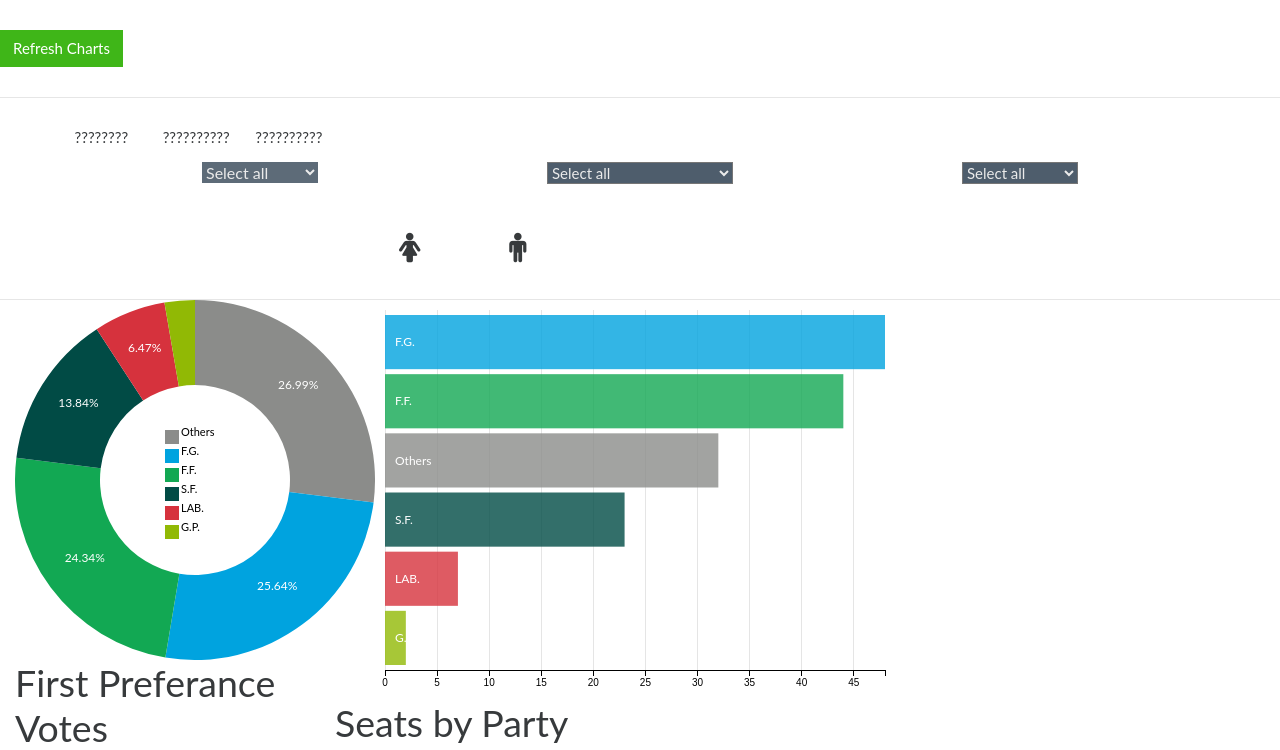
Repository: pauldardis/project-2-test
Page: index.html
The author's editor kept a record of every edit. The page is drawn from the files as they stood at one moment, then again after the next edit.
The browser window is 1280 px wide. The pictures show the whole page.

Above is the page before.
Console error: TypeError: Cannot read properties of null (reading 'textContent')

### index.html
<!DOCTYPE html>
<html lang="en">

<head>
    <meta charset="UTF-8">
    <meta name="viewport" content="width=device-width, initial-scale=1.0">
    <meta http-equiv="X-UA-Compatible" content="ie=edge">
    <title>Dashboard</title>

    <link rel="stylesheet" href="assets/css/bootstrap.min.css" type="text/css" />
    <link rel="stylesheet" href="assets/css/dc.min.css" type="text/css" />
    <link rel="stylesheet" type="text/css" href="https://maxcdn.bootstrapcdn.com/font-awesome/4.7.0/css/font-awesome.min.css">
    <link rel="stylesheet" href="assets/css/style.css" type="text/css" />


    <script type="text/javascript" src="assets/js/d3.min.js"></script>
    <script type="text/javascript" src="assets/js/crossfilter.min.js"></script>
    <script type="text/javascript" src="assets/js/dc.min.js"></script>
    <script type="text/javascript" src="assets/js/queue.min.js"></script>
    <script type="text/javascript" src="assets/js/graps.js"></script>

</head>

<body>

    <section class="section">
        <div id="refresh-button">
            <button type="submit" class="btn btn-success" onClick="refreshPage()">Refresh Charts</button>
        </div>
    </section>




    <section class="section">
        <div class="container">
            <div class="row">
                <div class="row">
                    <div class="col-xs-12 col-sm-4 text-center">
                        <p class="section-paragraph">????????</p>
                    </div>
                    <div class="col-xs-12 col-sm-4 text-center">
                        <p class="section-paragraph">??????????</p>
                    </div>
                    <div class="col-xs-12 col-sm-4 text-center">
                        <p class="section-paragraph">??????????</p>
                    </div>
                </div>
                <div class="container">
                    <div class="row">
                        <div class="col-xs-12 col-sm-4 col-md-4 col-lg-4 text-center custom-chart" id="region-selector"></div>
                        <div class="col-xs-12 col-sm-4 col-md-4 col-lg-4 text-center custom-chart" id="constituency-selector"></div>
                        <div class="col-xs-12 col-sm-4 col-md-4 col-lg-4 text-center custom-chart" id="elected-selector"></div>
                    </div>
                </div>
            </div>
        </div>
        <div class="row col-12"></div>
        <div class="col-xs-12 col-sm-12 col-lg-12 gender-box">
            <i class="fa fa-female fa-gender" aria-hidden="true"></i> <span class="number-box" id="percent-of-women-professors"></span>
            <i class="fa fa-male fa-gender" aria-hidden="true"></i> <span class="number-box" id="percent-of-men-professors"></span>
        </div>
    </section>

    <section>
        <div class="container-fluid">
            <div class="row">
                <div class="col-xs-12 col-sm-6 col-md-3 col-lg-3">
                    <div>
                        <div>
                            <div class=" " id="party_first_preference_graphs"></div>
                            <h1><strong>First Preferance Votes</strong></h1>
                        </div>
                    </div>
                </div>
                <div class="col-xs-12 col-sm-6 col-md-3 col-lg-3">
                    <div>
                        <div>
                            <div class="" id="candidate-graph"></div>
                            <h1><strong>Seats by Party</strong></h1>
                        </div>
                    </div>
                </div>
                <div class="col-xs-12 col-sm-6 col-md-3 col-lg-3">
                    <div>
                        <div>
                            <div class="" id="xx">
                            </div>
                        </div>
                    </div>
                </div>
                <div class="col-xs-12 col-sm-6 col-md-3 col-lg-3">
                    <div>
                        <div>
                            <!--<div class="" id="candidate-graph">-->
                            </div>
                        </div>
                    </div>
                </div>
            </div>
    </section>



<!--<div class="" id="candidate-graph"></div>-->
<!--<div class="" id="candidate-graph-v2"></div>-->







    <!--<div class="col-xs-12 col-sm-6 col-md-3 col-lg-3 " id="party_first_preference_graphs"></div>-->
    <!--<div class="col-xs-12 col-sm-6 col-md-3 col-lg-3 text-center" id="party_total_votes_graphs"></div>-->
    <!--<div class="col-xs-12 col-sm-6 col-md-3 col-lg-3 text-center" id="candidate-first-preferance-graph"></div>-->
    <!--<div class="col-xs-12 col-sm-6 col-md-3 col-lg-3 text-center" id="candidate-total-votes-graph"></div>-->


    <section>
        <div class="container">
            <div class="row">
                <!--<div class="col-xs-12 col-sm-4 text-center" id="candidate-first-preferance-graph"></div>-->
                <!--<div class="col-xs-12 col-sm-4 text-center" id="candidate-total-votes-graph"></div>-->
            </div>
        </div>
    </section>








</body>

</html>

### assets/css/style.css
.gender-box {
	display: block;
	margin-left: auto;
	margin-right: auto;
	width: 40%;
}


.graph-box {
	display: block;
	margin-left: auto;
	margin-right: auto;
}


/*This removes the gridlines on the row chart but causes issue with x axesis */
/*.tick  { */
/*    display: none;*/
/*     }*/








/*.row {*/
/*	margin: 0px;*/
/*	padding: 0px;*/
/*}*/

/*.container {*/
/*	margin: 0px;*/
/*	padding: 0px;*/
/*}*/








.navbar-default {
	background-image: none;
	margin-bottom: 0;
}

.section-heading,
#discipline-selector {
	display: inline-block;
	float: none;
	margin: 0;
}

.section-heading {
	margin-bottom: 50px;
}

#discipline-selector {
	margin-left: 15px;
}

.number-box {
	margin-right: 75px;
}

.number-box,
.fa.fa-gender {
	font-size: 30px;
	font-weight: 500;
}

.fa-gender {
	margin-right: 10px;
}

.custom-chart {
	margin-bottom: 40px;
}

.section {
	border-bottom: 1px solid #e6e6e6;
	padding: 30px 0;
}

.section-paragraph {
	line-height: 1.2;
}

@import url("https://fonts.googleapis.com/css?family=Lato:300,400&display=swap");

/* BODY & HTML */
body {
    font-family: "Lato", sans-serif;
    font-weight: 400;
}

body,
html {
    width: 100%;
    height: 100%;
    padding: 0;
    margin: 0;
}

/* HEADINGS */
/* Styling of the dashboard title */

h1 {
    margin: 0;
}

/* Styling of heading 2 */

h2 {
    font-size: 1rem;
    font-weight: 300;
    margin-bottom: 0;
    margin-top: 15px;
}

/* SPINNER */
/* Spinner on data loading
spinner animation found on CodePen: https://codepen.io/judecodes/pen/PrBOvG?&page=1 */

.loader {
    z-index: 99;
    width: 200px;
    height: 200px;
    border-radius: 50%;
    border-top: 2px solid #2477b4;
    border-bottom: 2px solid transparent;
    border-left: 2px solid transparent;
    border-right: 2px solid transparent;
    animation: spin 3s linear infinite forwards;

    position: absolute;
    top: 0;
    bottom: 0;
    left: 0;
    right: 0;
    margin: auto;
}

.loader::before,
.loader::after {
    content: "";
    position: absolute;
    border-radius: 50%;
    border-top: 2px solid #2477b4;
    border-bottom: 2px solid transparent;
    border-left: 2px solid transparent;
    border-right: 2px solid transparent;
}

.loader::before {
    top: 7px;
    left: 7px;
    width: 178px;
    height: 178px;
    border-top: 2px solid #e6562e;
    animation: spin 2s linear infinite forwards;
}

.loader::after {
    top: 16px;
    left: 16px;
    width: 160px;
    height: 160px;
    border-top: 2px solid #f2893c;
    animation: spin 1s linear infinite forwards;
}

@keyframes spin {
    to {
        transform: rotate(360deg);
    }
}

/* Overlay styled to dim the background for spinner */

#overlay {
    z-index: 98;
    position: fixed;
    top: 0;
    left: 0;
    height: 100%;
    width: 100%;
    background: rgba(0, 0, 0, .5);
}

/* BACK TO TOP BUTTON */
/* Back to top button inspired by this Codepen solution: https://codepen.io/matthewcain/pen/ZepbeR */

#button {
    display: inline-block;
    background-color: transparent;
    color: #DF691A;
    border: 1px solid #DF691A;
    width: 50px;
    height: 50px;
    text-align: center;
    border-radius: 3px;
    position: fixed;
    bottom: 30px;
    right: 30px;
    transition: background-color .3s,
    opacity .5s, visibility .5s;
    opacity: 0;
    visibility: hidden;
    z-index: 97;
}

#button::after {
    content: "\f077";
    font-family: FontAwesome;
    font-weight: normal;
    font-style: normal;
    font-size: 2em;
    line-height: 50px;
}

#button:active {
    color: #ffffff;
    background-color: #DF691A;
}

#button.show {
    opacity: 1;
    visibility: visible;
}

/* REGIONAL SELECTOR */
/* Region selector menu styling */

#region-selector select {
    background: #5d6b78;
    border: #445360;
    color: #ebebeb;
    font-size: 1rem;
}

/* Select menu styling to match bootstrap theme */

select {
    background: #4e5d6c;
    color: #ebebeb;
}

/* CARDS */
/* Increasing size of font awesome icons */

.fa {
    font-size: 3rem;
}


/* Styles for tiles/cards */

.tile-s1,
.tile-s2,
.tile-s3 {
    max-width: 45rem;
}

.tile-s3 {
    min-height: 20rem;
}

.tile-s3 span {
    font-size: 1.5rem;
}

.tile-s4 {
    max-width: 70rem;
}

/* Card titles and filter label styled to uppercase */

.card-header,
.selector-label {
    text-transform: uppercase;
}

/* Number box font size increased to make it more prominent */

.number-box span {
    font-size: 1.5rem;
}

/* Shadow added to the chart tiles */

.shadow-box {
    box-shadow: 4px 4px 7px 0px rgba(61, 78, 94, 1);
}

/* Charts styling to fix the issue of responsiveness */

#composite-hour,
#composite-month {
    height: 300px;
    width: 750px;
}

/* Increasing the size of a viewbox so charts are bigger */

#accidents-severity,
#rd-type-split {
    height: 400px;
    width: 460px;
}

#severity-distribution {
    height: 400px;
    width: 380px;
}

/* DATA COUNT & RESET
/* Changing default margins to create some space between count feature and other sections */

.dc-data-count {
    margin: 10px 0;
}

/* Reset button  - border-radius added to match back0to0top button and shadow box removed*/

#reset-button {
    border-radius: 3px;
}

#reset-button:focus {
    box-shadow: none;
}

/* FOOTER */
/* adding margin so footer ellements have some space inbetween on smaller devices */

.footer-item {
    margin-bottom: 10px;
}

/* Underlining removed from all links */

a:hover {
    text-decoration: none;
}

/* MEDIA QUERIES */

@media only screen and (min-width: 1200px) {

    .tile-s2 {
        min-height: 30rem;
    }

}

@media only screen and (max-width: 1200px) {

    h1 {
        font-size: 1.9rem;
    }

    #stacked-chart {
        max-width: 70rem;
    }

}

@media only screen and (max-width: 992px) {

    .card-header {
        font-size: 0.7rem;
    }

    .number-box span {
        font-size: 1.2rem;
    }

}

/* media query created to make number display element look better, to add more space between the chart and the number */

@media only screen and (max-width: 767px) {

    .number-box span {
        font-size: 1.5rem;
    }

    .card-header,
    .selector-label {
        font-size: 0.8rem;
    }

    #accidents-severity,
    #rd-type-split {
        height: 360px;
        width: 440px;
    }

    #severity-distribution {
        height: 370px;
        width: 360px;
    }

}

/* Adjustments to font sizes to avoid line break */

@media only screen and (max-width: 576px) {

    h1 {
        font-size: 2rem;
    }

    .card-header,
    .selector-label {
        font-size: 1rem;
    }

    .navbar-brand {
        font-size: 1rem;
    }

    /* height adjusted to reduce space at top and the bottom of the chart (within the card) */
    #composite-hour,
    #composite-month {
        height: 120px;
    }

    #accidents-severity,
    #rd-type-split {
        height: 260px;
    }

}

@media only screen and (max-width: 375px) {

    #severity-distribution {
        height: 250px;
    }

}

/* Solution to sticky hover on mobile devices found here: https://medium.com/@ferie/detect-a-touch-device-with-only-css-9f8e30fa1134 */

@media (hover: hover) {

    #button:hover {
        cursor: pointer;
        background-color: #DF691A;
        color: #ffffff;
    }

}

### assets/js/graps.js
queue()
    .defer(d3.csv, "assets/data/election-2016.csv")
    .await(makeGraphs);



function makeGraphs(error, salesData) {
    var ndx = crossfilter(salesData);



    // these are the working graphs
    region_selector(ndx);
    constituency_selector(ndx);
    elected_selector(ndx);
    show_count_elected_by_gender(ndx, "F", "#count-of-women-elected");
    show_count_elected_by_gender(ndx, "M", "#count-of-men-elected");
    show_count_candidate_gender(ndx, "F", "#count-of-women-elected_1");
    show_count_candidate_gender(ndx, "M", "#count-of-men-elected_1");
    party_first_preference_graphs(ndx);
    candidate_graphs(ndx);






    // these are the graphs in test

    party_total_votes_graphs(ndx);
    candidate_first_preferance_graphs(ndx);
    candidate_total_votes_graphs(ndx);
    candidate_graphs_v2(ndx);


    dc.renderAll();
}


// This is the working section



function refreshPage() {
    window.location.reload();
}

function region_selector(ndx) {
    var dim = ndx.dimension(dc.pluck('Region'));
    group = dim.group();

    dc.selectMenu("#region-selector")
        .dimension(dim)
        .group(group);
}

function constituency_selector(ndx) {
    var dim = ndx.dimension(dc.pluck('Constituency_Name'));
    group = dim.group();

    dc.selectMenu("#constituency-selector")
        .dimension(dim)
        .group(group);
}

function elected_selector(ndx) {
    var dim = ndx.dimension(dc.pluck('Result'));
    group = dim.group();

    dc.selectMenu("#elected-selector")
        .dimension(dim)
        .group(group);
}















function party_first_preference_graphs(ndx) {

    var dim = ndx.dimension(dc.pluck('Party_Abbreviation'));
    var group = dim.group().reduceSum(dc.pluck('Count_1'));

    dc.pieChart('#party_first_preference_graphs')
        .height(360)
        .width(360)
        .innerRadius(95)
        .transitionDuration(1500)
        .colors(d3.scale.ordinal().range(["#8B8C8A", "#00A3DF", "#12A853", "#014B45", "#D6323D", "#91B905"]))
        .dimension(dim)
        .renderLabel(true)
        .legend(dc.legend().x(150).y(130).itemHeight(14).gap(5))
        .title(function(d) {
            return d.key + ": " + ((d.value / d3.sum(group.all(),
                function(d) { return d.value; })) * 100).toFixed(2) + "%";
        })
        .on("pretransition", function(chart) {
            chart.selectAll("text.pie-slice").text(function(d) {
                if (dc.utils.printSingleValue(
                        (d.endAngle - d.startAngle) /
                        (2 * Math.PI) * 100) >= 6) {
                    return dc.utils.printSingleValue(
                        (d.endAngle - d.startAngle) /
                        (2 * Math.PI) * 100) + "%";
                }
            })
        })
        .group(group);
}


function candidate_graphs(ndx) {
    var dim = ndx.dimension(dc.pluck('Party_Abbreviation'));
    var group = dim.group().reduceSum(dc.pluck('Seat'));

    dc.rowChart("#candidate-graph")
        .width(600)
        .height(400)
        .colors(d3.scale.ordinal().range(["#00A3DF", "#12A853", "#8B8C8A", "#014B45", "#D6323D", "#91B905"]))
        .margins({ top: 10, right: 50, bottom: 30, left: 50 })
        .dimension(dim)
        .transitionDuration(1500)
        .elasticX(true)
        .group(group);
}



function show_count_elected_by_gender(ndx, gender, element) {
    var countThatAreElected = ndx.groupAll().reduce(
        function(p, v) {
            if (v.Gender === gender) {
                p.count++;
                if (v.Result === "Elected") {
                    p.are_elected++;
                }
            }
            return p;
        },
        function(p, v) {
            if (v.Gender === gender) {
                p.count--;
                if (v.Result === "Elected") {
                    p.are_elected--;
                }
            }
            return p;
        },
        function() {
            return { count: 0, are_elected: 0 };
        },
    );


    dc.numberDisplay(element)
        // .formatNumber(d3.format("2.s"))
        .valueAccessor(function(d) {
            if (d.count == 0) {
                return 0;
            }
            else {
                return (d.are_elected);
            }
        })
        .transitionDuration(1500)
        .group(countThatAreElected)
}




































//this is the testing section


function show_count_candidate_gender(ndx, gender, element) {
    var countThatArecandidate = ndx.groupAll().reduce(
        function(p, v) {
            if (v.Gender === gender) {
                p.count++;
                if (v.Result === "Excluded") {
                    p.are_excluded++;
                }
            }
            return p;
        },
        function(p, v) {
            if (v.Gender === gender) {
                p.count--;
                if (v.Result === "Excluded") {
                    p.are_excluded--;
                }
            }
            return p;
        },
        function() {
            return { count: 0, are_excluded: 0 };
        },
    );


    dc.numberDisplay(element)
        // .formatNumber(d3.format("2.s"))
        .valueAccessor(function(d) {
            if (d.count == 0) {
                return 0;
            }
            else {
                return (d.are_excluded);
            }
        })
        .transitionDuration(1500)
        .group(countThatArecandidate)
}





function candidate_graphs_v2(ndx) {

    var partyColors = d3.scale.ordinal()
        .domain(["F.G.", "F.F.", "Others", "S.F.", "LAB.", "G.P."])
        .range(["pink", "blue", "red", "yellow", "black", "green"]);

    var dim = ndx.dimension(dc.pluck('Party_Abbreviation'));
    var group = dim.group().reduceSum(dc.pluck('Seat'));


    var party_color = ndx.dimension(function(d) {
        return [d.Party_Abbreviation, d.Seat];
    });

    var partyGroup = party_color.group();

    // console.log(group.all());


    dc.barChart("#candidate-graph-v2")
        .width(1000)
        .height(300)
        .margins({ top: 10, right: 50, bottom: 30, left: 50 })
        .dimension(dim)
        // .colorAccessor(function(d) {
        //     return d.key[0];
        // })
        .colors(d3.scale.ordinal().range(["#e6550e", "#fd8c3d", "#3182bc", "#fd8c3d", "#fd8c3d", "#fd8c3d", "#fd8c3d"]))
        .group(group)
        .x(d3.scale.ordinal())
        .xUnits(dc.units.ordinal)
        .elasticY(true)
        .xAxisLabel("Region")
        .yAxis().ticks(10);


}


function party_total_votes_graphs(ndx) {
    var dim = ndx.dimension(dc.pluck('Party_Abbreviation'));
    var group = dim.group().reduceSum(dc.pluck('Seat'));

    dc.pieChart('#party_total_votes_graphs') /* targeting the div where we want the pie chart*/
        .height(360)
        .width(360)
        .innerRadius(95)
        .transitionDuration(1500)
        // .colors(d3.scale.ordinal().range(["#3182bc", "#fd8c3d", "#e6550e"]))
        .dimension(dim)
        .renderLabel(true)
        .legend(dc.legend().x(150).y(130).itemHeight(14).gap(5))
        // .radius(360)
        .group(group)
        .title();
}















// function party_total_votes_graphs(ndx) {

//     var dim = ndx.dimension(dc.pluck('Party_Abbreviation'));
//     var group = dim.group().reduceSum(dc.pluck('Total_Votes'));

//     dc.pieChart('#party_total_votes_graphs') /* targeting the div where we want the pie chart*/
//         .height(360)
//         .width(360)
//         .innerRadius(95)
//         .transitionDuration(1500)
//         // .colors(d3.scale.ordinal().range(["#3182bc", "#fd8c3d", "#e6550e"]))
//         .dimension(dim)
//         .renderLabel(true)
//         .legend(dc.legend().x(110).y(150).itemHeight(13).gap(5))
//         // .title(function(d) {
//         //     return d.key + ": " + ((d.value / d3.sum(group.all(),
//         //         function(d) { return d.value; })) * 100).toFixed(0) + "%";
//         // })
//         .on("pretransition", function(chart)
//         {
//             chart.selectAll("text.pie-slice").text(function(d) {
//                 if (dc.utils.printSingleValue(
//                         (d.endAngle - d.startAngle) /
//                         (2 * Math.PI) * 100) >= 6) {
//                     return dc.utils.printSingleValue(
//                         (d.endAngle - d.startAngle) /
//                         (2 * Math.PI) * 100) + "%";
//                 }
//             }
//             )
//             chart.select("svg")
//                 .attr("height", "100%")
//                 .attr("width", "100%")
//                 .attr("viewBox", "0 0 360 360");
//             chart.selectAll(".dc-legend-item text")
//                 .attr("fill", "#1D47FF")
//                 .text("")
//                 .append("tspan")
//                 .text(function(d) { return d.name; })
//                 .attr("x", 70)
//                 .attr("text-anchor", "end");
//         })
//         .group(group);
// }










function candidate_first_preferance_graphs(ndx) {
    var dim = ndx.dimension(dc.pluck('Candidate'));
    var group = dim.group().reduceSum(dc.pluck('Count_1'));


    dc.pieChart('#candidate-first-preferance-graph') /* targeting the div where we want the pie chart*/
        .height(360)
        .width(360)
        .radius(360)
        .innerRadius(95)
        .transitionDuration(1500)
        .dimension(dim)
        .group(group);
}

function candidate_total_votes_graphs(ndx) {
    var dim = ndx.dimension(dc.pluck('Candidate'));
    var group = dim.group().reduceSum(dc.pluck('Total_Votes'));


    dc.pieChart('#candidate-total-votes-graph') /* targeting the div where we want the pie chart*/
        .height(250)
        .radius(100)
        .innerRadius(30)
        .transitionDuration(1500)
        .dimension(dim)
        .group(group);
}












// Everything under here is in test















































// function show_revenue_graphs(ndx) {
//     var dim = ndx.dimension(dc.pluck('Candidate'));
//     var group = dim.group().reduceSum(dc.pluck('Total_Votes'));
//     // var group = dim.group();

//     dc.rowChart("#revenue-graph")
//         .width(600)
//         .height(2000)
//         .margins({ top: 10, right: 50, bottom: 30, left: 50 })
//         .dimension(dim)
//         .group(group);
// .transitionDuration(500)
// .x(d3.scale.ordinal())
// .xUnits(dc.units.ordinal)
// .elasticY(true)
// .xAxisLabel("Region")
// .yAxis().ticks(10);


// }


// function candidate_graphs(ndx) {
//     var dim = ndx.dimension(dc.pluck('Candidate'));
//     var group = dim.group().reduceSum(dc.pluck('Constituency_Name'));

//     dc.barChart("#candidate-graph")
//         .width(600)
//         .height(300)
//         .margins({ top: 10, right: 50, bottom: 30, left: 50 })
//         .dimension(dim)
//         .group(group)
//         .transitionDuration(500)
//         .x(d3.scale.ordinal())
//         .xUnits(dc.units.ordinal)
//         .elasticY(true)
//         .xAxisLabel("Region")
//         .yAxis().ticks(10);

// }

Loaded but not shown: assets/css/bootstrap.min.css (library); assets/css/dc.min.css (library); assets/js/d3.min.js (library); assets/js/crossfilter.min.js (library); assets/js/dc.min.js (library); assets/js/queue.min.js (common file)

After the next edit:
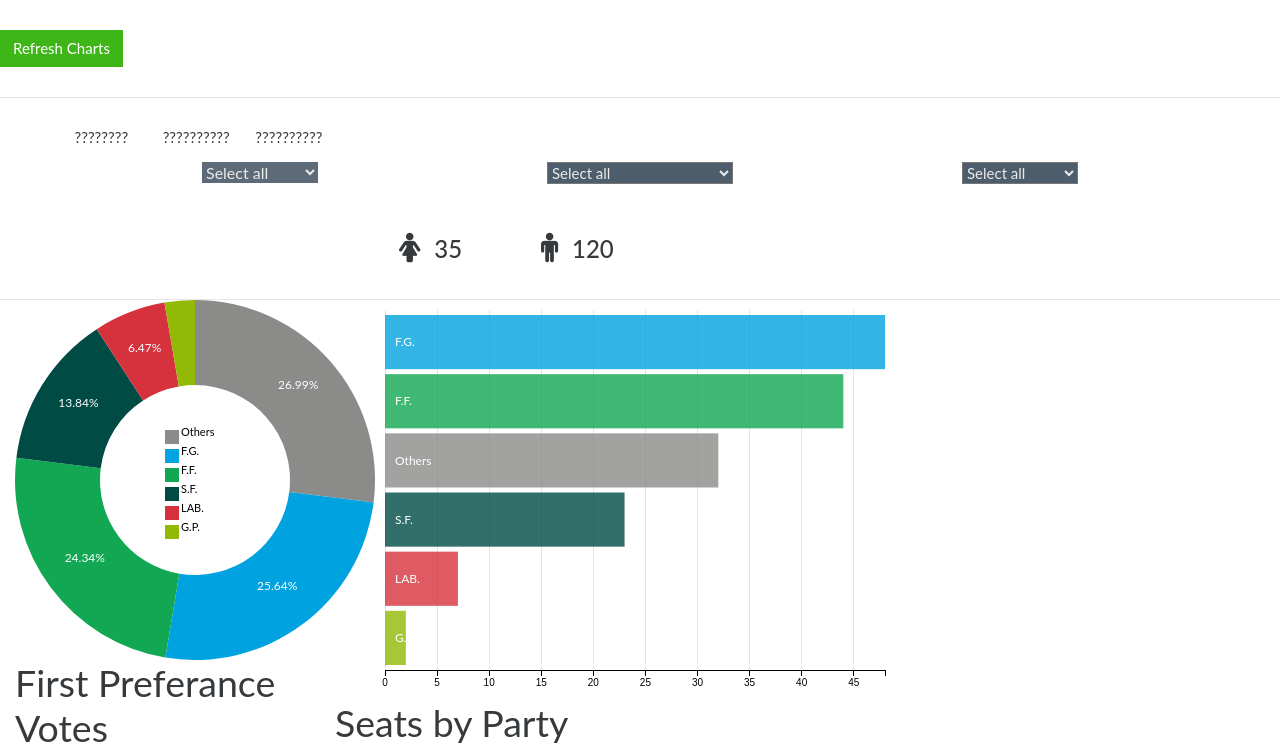
The edit:
--- a/index.html
+++ b/index.html
@@ -57,8 +57,8 @@
         </div>
         <div class="row col-12"></div>
         <div class="col-xs-12 col-sm-12 col-lg-12 gender-box">
-            <i class="fa fa-female fa-gender" aria-hidden="true"></i> <span class="number-box" id="percent-of-women-professors"></span>
-            <i class="fa fa-male fa-gender" aria-hidden="true"></i> <span class="number-box" id="percent-of-men-professors"></span>
+            <i class="fa fa-female fa-gender" aria-hidden="true"></i> <span class="number-box" id="count-of-women-elected"></span>
+            <i class="fa fa-male fa-gender" aria-hidden="true"></i> <span class="number-box" id="count-of-men-elected"></span>
         </div>
     </section>
 
